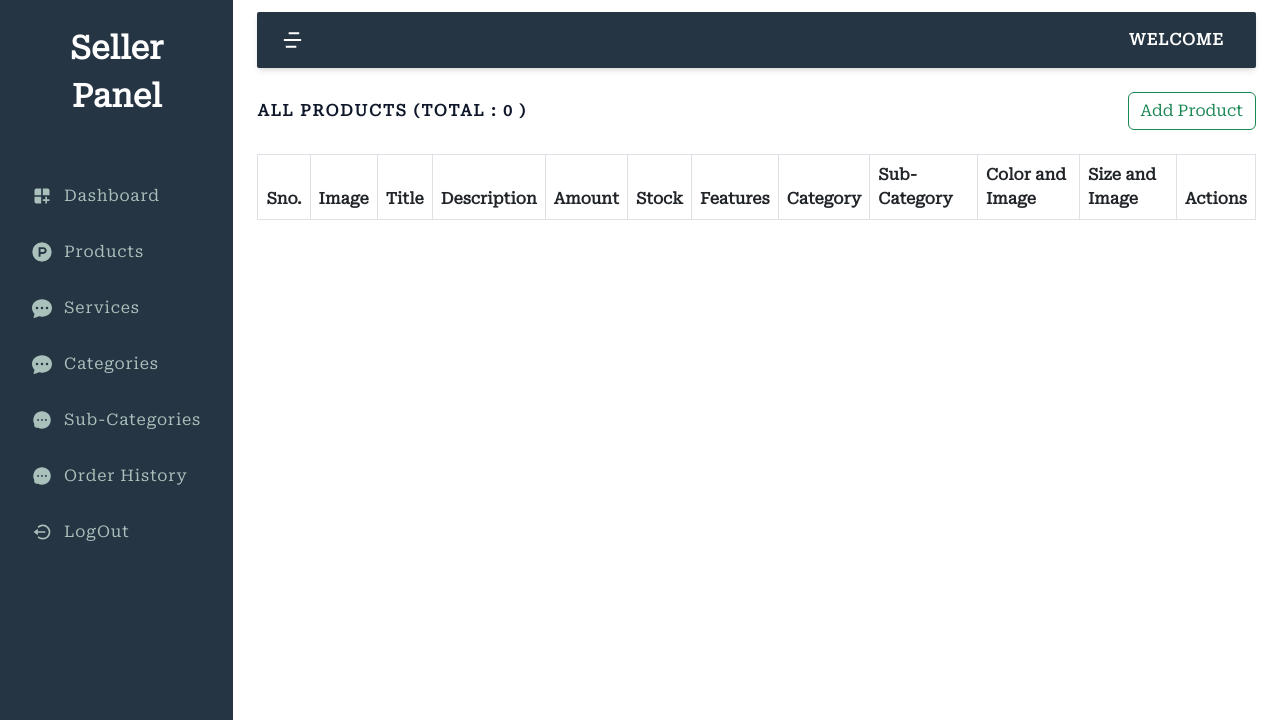
Repository: FlyweisReact/Arun-Chauhan
Page: /vendor/products
The author's editor kept a copy of each file at every save. The page is drawn from the files as they stood at one save, then again after a run of saves.
The browser window is 1280 px wide. The pictures show the whole page.
The page's requests for data from a server got no answer. Some web libraries are served in a nearby version. The project was rebuilt for these pictures with package versions that can differ from the ones it lists, and the page was loaded fresh each time. No one was signed in, and anything a server would have sent is missing. Also part of the build but not shown: src/AdminPanel/layout/Navbar.jsx, src/AdminPanel/layout/Sidebar.jsx, src/AdminPanel/layout/HOC.jsx, src/AdminPanel/pages/Privacy.js, src/AdminPanel/pages/Category.js, src/AdminPanel/pages/FeedBack.js, src/AdminPanel/pages/TermsCon.js, src/AdminPanel/pages/HelpSupport.js and 24 more.

Above is the page before, as saved 2023-04-14 17:51:10.

### public/index.html
<!-- @format -->

<!DOCTYPE html>
<html lang="en">
  <head>
    <meta charset="utf-8" />
    <!-- <link rel="icon" href="%PUBLIC_URL%/favicon.png" /> -->
    <meta name="viewport" content="width=device-width, initial-scale=1" />
    <meta name="theme-color" content="#000000" />
    <meta
      name="description"
      content="Web site created using create-react-app"
    />
    <link rel="apple-touch-icon" href="%PUBLIC_URL%/favicon.ico?v=2" />



    <link rel="manifest" href="%PUBLIC_URL%/manifest.json" />
    <link rel="preconnect" href="https://fonts.googleapis.com">
    <link rel="preconnect" href="https://fonts.gstatic.com" crossorigin>
    <link href="https://fonts.googleapis.com/css2?family=Roboto+Serif&display=swap" rel="stylesheet">
    <title>Arun   Panel</title>
  </head>
  <body>
    <noscript>You need to enable JavaScript to run this app.</noscript>
    <div id="root"></div>
    <script src="https://code.jquery.com/jquery-3.6.0.min.js"></script>
    <script src="https://kit.fontawesome.com/b533b351e4.js" crossorigin="anonymous"></script>
  </body>
</html>

### src/index.css
/** @format */

@tailwind base;
@tailwind components;
@tailwind utilities;




body {
  margin: 0;
  font-family: 'Roboto Serif', serif  !important;
  -webkit-font-smoothing: antialiased;
  -moz-osx-font-smoothing: grayscale;
}

/* Wcomponents */
.wcomp::-webkit-scrollbar {
  width: 0px;
}
::-webkit-scrollbar {
  width: 0px;
}
::-webkit-scrollbar-track {
  background: #696f78;
}
/* Handle */
::-webkit-scrollbar-thumb {
  background: #b4b8bf;
}

.main-card--container {
  display: grid;
  grid-template-columns: repeat(3, minmax(300px, 500px));
  grid-gap: 50px;
  justify-content: space-around;
}
.card-container {
  margin: 25px 0 auto;
  position: relative;
  display: grid;
  grid-template-columns: 1fr;
  justify-content: space-around;
  align-items: flex-start;
}

.img-thumbnail {
  width: 80px;
}
.img-large {
  max-width: 80%;
}

.formInput {
  padding: 5px;
}

.BannerImg{
  display: grid;
  grid-template-columns: auto auto auto;
  margin: 20px;
  justify-content: space-evenly;
  text-align: center;
}
.BannerImg div{
  box-shadow: rgba(0, 0, 0, 0.35) 0px 5px 15px;
  padding: 10px;

}
.BannerImg img{
  width: 400px;
  height: 200px;
}


li{
  list-style: disc;
}
.carouselImages{
  width: 200px !important;
  height: 140px;
}
.Car{
  width: 200px !important;
}
.ColorImage{
  width: 100px !important;
}
.three-Sec{
  display: grid;
  justify-content: space-evenly;
  grid-template-columns: auto auto auto;
  text-align: center;
  color: black;

}
.three-Sec div{
  box-shadow: rgba(0, 0, 0, 0.35) 0px 5px 15px;
  margin-top: 40px;
  padding : 10px;
  width: 400px;
}
.three-Sec img{
  width: 100%;
  height: 300px;
}
.three-Sec p{
  font-size: 20px;
  font-weight: bold;
  margin: 0;
}
.three-Sec button{
  border: 1px solid #B80000;
  background-color: #ffff;
  color: #B80000;
  width: 100%;
  padding: 3px;
  margin-top: 10px;
  font-size: 20px;
  transition: 0.5s;
}

.three-Sec button:hover{
  background-color: #B80000;
  color: #ffff;
}
.bigCont{
  display: flex;
  gap: 10px;
}
.contP{
  border: 1px solid #2F308D;
  width: 48%;
  padding: 10px;
  color: #2F308D;
  transition: 0.5s;
  cursor: pointer;
}
.contP:hover {
  background-color: #2F308D;
  color: #fff;
}


.viewBtn{
  color: #014F75;
  border: 1px solid #014F75;
  outline: none;
  width: 50%;
  padding: 5px;
  font-size: 18px;
  transition: 0.5s;
}

.viewBtn:hover{

  background-color: #014F75;
  color: #fff;
}


.filterDate{
  color: black;
  display: flex;
  gap: 20px;
  margin-top: 20px;
  margin-bottom: 20px;
}

.filterDate input {
  border: 1px solid black;
  outline: none;
  padding: 5px;
}
.filterDate div{
  display: flex;
  gap: 10px;
  align-items:center ;
}
.filterDate div p{
  padding-top: 10px;
}

.filterDate button{
  color: #014F75;
  border: 1px solid #014F75;
  outline: none;
  width: 200px;
  font-size: 18px;
  transition: 0.5s;
}

.filterDate button:hover{
  background-color: #014F75;
  color: #fff;
}
.active{
  display: flex;
  gap: 20px;
margin-bottom: 20px;
}
.active button{
  border: 1px solid #659CCA;
  color: #659CCA;
  padding: 5px;
  width: 200px;
  transition: 0.5s;
  font-size: 20px;
}
.active button:hover{
  background-color: #659CCA;
  color: #fff;
}

.drop select{
  width: 100%;
  color:#fff;
  margin-bottom: 20px;
  border: 1px solid #659CCA;
  padding: 10px;
  outline: none;
  background-color: #659CCA;
}
.drop select option{
  background-color: #8FD1DF;
  border: 1px solid #8FD1DF;
}

.drop select option:hover{
  background-color: #8FD1DF  !important;
}

### src/VendorPanel/pages/VendorProducts.js
/** @format */

import React, { useCallback, useEffect, useState } from "react";
import HOC from "../layout/HOC";
import { Alert, Form, Table } from "react-bootstrap";
import Button from "react-bootstrap/Button";
import Modal from "react-bootstrap/Modal";

import { Carousel } from "react-responsive-carousel";
import "react-responsive-carousel/lib/styles/carousel.min.css";
import axios from "axios";
import { toast } from "react-toastify";

const VendorProducts = () => {
  const [modalShow, setModalShow] = React.useState(false);
  const [data, setData] = useState([]);
  const [categoryData, setCatedogryData] = useState([]);
  const [subCategoryData, setSubCategoryData] = useState([]);
  const sellorId = localStorage.getItem("vendorId");

  const fetchData = useCallback(async () => {
    try {
      const { data } = await axios.get(
        `http://ec2-15-206-210-177.ap-south-1.compute.amazonaws.com:1112/api/product/seller/${sellorId}`
      );
      setData(data.data);
    } catch (e) {
      console.log(e);
    }
  }, [sellorId]);

  const fetchCategory = async () => {
    try {
      const { data } = await axios.get(
        "http://ec2-15-206-210-177.ap-south-1.compute.amazonaws.com:1112/api/category"
      );
      setCatedogryData(data.data);
    } catch (e) {
      console.log(e);
    }
  };

  const fetchSubCategory = async () => {
    try {
      const { data } = await axios.get(
        "http://ec2-15-206-210-177.ap-south-1.compute.amazonaws.com:1112/api/subcategory/"
      );
      setSubCategoryData(data.result);
    } catch (e) {
      console.log(e);
    }
  };

  useEffect(() => {
    fetchData();
    if (modalShow === true) {
      fetchCategory();
      fetchSubCategory();
    }
  }, [fetchData, modalShow]);

  function MyVerticallyCenteredModal(props) {
    const [Image, setImage] = useState("");
    const [title, setTitle] = useState("");
    const [desc, setDesc] = useState("");
    const [features, setFeatures] = useState("");
    const [amount, setAmoutn] = useState("");
    const [category, setCategory] = useState("");
    const [subCat, setSubCat] = useState("");
    const [stock, setStock] = useState("");

    const [color, setColor] = useState("");
    const [size, setSize] = useState("");
    const [sizeImage, setSizeImage] = useState("");
    const [colorImage, setColorImage] = useState("");

    const uploadColorImage = (e) => {
      const data = new FormData();
      data.append("file", e.target.files[0]);
      data.append("upload_preset", "ml_default");
      data.append("cloud_name", "dbcnha741");
      fetch("https://api.cloudinary.com/v1_1/dbcnha741/image/upload", {
        method: "post",
        body: data,
      })
        .then((res) => res.json())
        .then((data) => {
          setColorImage(data.url);
          console.log(data.url);
        })
        .catch((err) => {
          console.log(err);
        });
    };

    const uploadSizeImage = (e) => {
      const data = new FormData();
      data.append("file", e.target.files[0]);
      data.append("upload_preset", "ml_default");
      data.append("cloud_name", "dbcnha741");
      fetch("https://api.cloudinary.com/v1_1/dbcnha741/image/upload", {
        method: "post",
        body: data,
      })
        .then((res) => res.json())
        .then((data) => {
          setSizeImage(data.url);
          console.log(data.url);
        })
        .catch((err) => {
          console.log(err);
        });
    };

    const postHandler = async (e) => {
      e.preventDefault();
      let fd = new FormData();
      Array.from(Image).forEach((img) => {
        fd.append("myField", img);
      });
      fd.append("productName", title);
      fd.append("descrption", desc);
      fd.append("features", features);
      fd.append("price", amount);
      fd.append("category_id", category);
      fd.append("subCategory", subCat);
      fd.append("sellerId", sellorId);
      fd.append("stock", stock);

      fd.append("color", color);
      fd.append("size", size);
      fd.append("sizeImage", sizeImage);
      fd.append("colorImage", colorImage);

      try {
        const { data } = await axios.post(
          "http://ec2-15-206-210-177.ap-south-1.compute.amazonaws.com:1112/api/product",
          fd
        );
        console.log(data);
        toast.success("Product Added");
        fetchData();
        props.onHide();
      } catch (e) {
        console.log(e);
      }
    };

    return (
      <Modal
        {...props}
        size="lg"
        aria-labelledby="contained-modal-title-vcenter"
        centered
      >
        <Modal.Header closeButton>
          <Modal.Title id="contained-modal-title-vcenter">
            Add Product
          </Modal.Title>
        </Modal.Header>
        <Modal.Body>
          <Form onSubmit={postHandler}>
            <Form.Group className="mb-3">
              <Form.Label>Image</Form.Label>
              <Form.Control
                type="file"
                onChange={(e) => setImage(e.target.files)}
                multiple
              />
            </Form.Group>
            <Form.Group className="mb-3">
              <Form.Label>Title</Form.Label>
              <Form.Control
                type="text"
                onChange={(e) => setTitle(e.target.value)}
              />
            </Form.Group>
            <Form.Group className="mb-3">
              <Form.Label>Description</Form.Label>
              <Form.Control
                type="text"
                onChange={(e) => setDesc(e.target.value)}
              />
            </Form.Group>
            <Form.Group className="mb-3">
              <Form.Label>Features</Form.Label>
              <Form.Control
                type="text"
                onChange={(e) => setFeatures(e.target.value)}
              />
            </Form.Group>
            <Form.Group className="mb-3">
              <Form.Label>Amount</Form.Label>
              <Form.Control
                type="number"
                min={0}
                onChange={(e) => setAmoutn(e.target.value)}
              />
            </Form.Group>
            <Form.Group className="mb-3">
              <Form.Label>Stock</Form.Label>
              <Form.Control
                type="number"
                min={0}
                onChange={(e) => setStock(e.target.value)}
              />
            </Form.Group>
            <div className="d-flex mb-3 gap-2">
              <Form.Group>
                <Form.Label>Color</Form.Label>
                <Form.Control
                  type="text"
                  onChange={(e) => setColor(e.target.value)}
                />
              </Form.Group>
              <Form.Group>
                <Form.Label>Image</Form.Label>
                <Form.Control
                  type="file"
                  onChange={(e) => uploadColorImage(e)}
                />
              </Form.Group>
            </div>
            <div className="d-flex mb-3 gap-2">
              <Form.Group>
                <Form.Label>Size</Form.Label>
                <Form.Control
                  type="text"
                  onChange={(e) => setSize(e.target.value)}
                />
              </Form.Group>
              <Form.Group>
                <Form.Label>Image</Form.Label>
                <Form.Control
                  type="file"
                  onChange={(e) => uploadSizeImage(e)}
                />
              </Form.Group>
            </div>
            <Form.Group className="mb-3">
              <Form.Select
                aria-label="Default select example"
                onChange={(e) => setCategory(e.target.value)}
              >
                <option>Select Category</option>
                {categoryData?.map((i, index) => (
                  <option value={i._id} key={index}>
                    {i.category}
                  </option>
                ))}
              </Form.Select>
            </Form.Group>
            <Form.Group className="mb-3">
              <Form.Select
                aria-label="Default select example"
                onChange={(e) => setSubCat(e.target.value)}
              >
                <option>Select Sub-Category</option>
                {subCategoryData?.map((i, index) => (
                  <option value={i._id} key={index}>
                    {i.title}
                  </option>
                ))}
              </Form.Select>
            </Form.Group>
            <Button type="submit">Submit</Button>
          </Form>
        </Modal.Body>
      </Modal>
    );
  }

  const deleteHandler = async (id) => {
    try {
      const { data } = await axios.delete(
        `http://ec2-15-206-210-177.ap-south-1.compute.amazonaws.com:1112/api/product/${id}`
      );
      console.log(data);
      toast.success("Product Deleted");
      fetchData();
    } catch (e) {
      console.log(e);
    }
  };

  return (
    <>
      <MyVerticallyCenteredModal
        show={modalShow}
        onHide={() => setModalShow(false)}
      />

      <section>
        <div className="pb-4 sticky top-0  w-full flex justify-between items-center bg-white">
          <span className="tracking-widest text-slate-900 font-semibold uppercase ">
            All Products (Total : {data?.length} )
          </span>
          <Button onClick={() => setModalShow(true)} variant="outline-success">
            Add Product
          </Button>
        </div>

        {data?.data === null ? (
          <Alert variant="info">No Product Listed Yet</Alert>
        ) : (
          ""
        )}

        <div style={{ maxWidth: "100%", overflow: "auto" }}>
          <Table striped bordered hover>
            <thead>
              <tr>
                <th> Sno. </th>
                <th> Image </th>
                <th> Title</th>
                <th>Description</th>
                <th>Amount</th>
                <th>Stock</th>
                <th>Features</th>
                <th>Category</th>
                <th>Sub-Category</th>
                <th>Color and Image</th>
                <th>Size and Image</th>
                <th>Actions</th>
              </tr>
            </thead>
            <tbody>
              {data?.map((i, index) => (
                <tr key={index}>
                  <td> {index + 1} </td>
                  <td>
                    <Carousel
                      showStatus={false}
                      showThumbs={false}
                      showIndicators={false}
                      dynamicHeight={false}
                      stopOnHover={true}
                      swipeable={true}
                      emulateTouch={true}
                      interval={1000}
                      infiniteLoop={true}
                      autoPlay={true}
                      className="Car"
                    >
                      {i.productImg?.map((img, index) => (
                        <img
                          src={img.url}
                          alt=""
                          key={index}
                          className="carouselImages"
                        />
                      ))}
                    </Carousel>
                  </td>

                  <td> {i.productName} </td>
                  <td> {i.descrption} </td>
                  <td>₹{i.price} </td>
                  <td> {i.stock} </td>
                  <td>
                    {i.features?.map((item, index) => (
                      <span key={index}> {item}, </span>
                    ))}
                  </td>
                  <td>{i.category_id?.category}</td>
                  <td> {i.subCategory?.title} </td>
                  <td>
                    <Carousel
                      showStatus={false}
                      showThumbs={false}
                      showIndicators={false}
                      dynamicHeight={false}
                      stopOnHover={true}
                      swipeable={true}
                      emulateTouch={true}
                      interval={1000}
                      infiniteLoop={true}
                      autoPlay={true}
                      className="Car"
                    >
                      {i.colors?.map((img, index) => (
                        <div key={index}>
                          <img
                            src={img.colorImage}
                            alt="img"
                            className="ColorImage"
                          />
                          <p> {img.color} </p>
                        </div>
                      ))}
                    </Carousel>
                  </td>
                  <td>
                    <Carousel
                      showStatus={false}
                      showThumbs={false}
                      showIndicators={false}
                      dynamicHeight={false}
                      stopOnHover={true}
                      swipeable={true}
                      emulateTouch={true}
                      interval={2000}
                      infiniteLoop={true}
                      autoPlay={true}
                      className="Car"
                    >
                      {i.size_of_product?.map((img, index) => (
                        <div key={index}>
                          <img
                            src={img.sizeImage}
                            alt="img"
                            className="ColorImage"
                          />
                          <p> {img.size} </p>
                        </div>
                      ))}
                    </Carousel>
                  </td>

                  <td>
                    <div className="d-flex gap-2">
                      <i
                        className="fa-solid fa-trash"
                        style={{ color: "red", cursor: "pointer" }}
                        onClick={() => deleteHandler(i._id)}
                      ></i>
                    </div>
                  </td>
                </tr>
              ))}
            </tbody>
          </Table>
        </div>
      </section>
    </>
  );
};

export default HOC(VendorProducts);

### src/VendorPanel/layout/HOC.jsx
import React, { useState } from "react";
import Navbar from "./Navbar";
import Sidebar from "./Sidebar";

const HOC = (Wcomponenet) => {
  return function Component() {
    const [hamb, setHamb] = useState(false);
    return (
      <>
        <section className="flex overflow-x-hidden relative">
          {/* Sidebar */}
          <div
            className={
              hamb
                ? " absolute top-0 z-30 md:w-auto shadow-md bg-slate-200  w-60 transition-all md:-left-full left duration-150  h-auto overflow-y-auto  left-0 "
                : " md:w-72 z-30 bg-slate-200  shadow-md  md:static absolute top-0 -left-full   transition-all duration-150  overflow-y-auto h-auto"
            }
          >
            <Sidebar hamb={hamb} setHamb={setHamb} />
          </div>
          {/* Components & Navbar */}
          <div
            className={
              hamb
                ? " transition-all px-4 py-2  bg-white duration-150 w-full h-screen"
                : " w-full h-screen  px-4 py-2  bg-white z-50 transition-all duration-150 "
            }
          >
            <Navbar hamb={hamb} setHamb={setHamb} />
            <div className="my-6 text-white h-[87%] wcomp overflow-y-auto">
              <Wcomponenet />
            </div>
          </div>
        </section>
      </>
    );
  };
};

export default HOC;

### src/VendorPanel/layout/Navbar.jsx
/** @format */

import { RiMenu4Line } from "react-icons/ri";

const Navbar = ({ hamb, setHamb }) => {

  return (
    <>

      <div
        className={
          hamb
            ? "flex  w-full justify-between  my-1 rounded-sm  p-4 py-3 shadow-md items-center  bg-slate-200 space-x-4"
            : "flex  w-full justify-between my-1 rounded-sm  p-4 py-3 shadow-md items-center  bg-slate-200 space-x-4"
        }
        style={{   backgroundColor: "#263544", color : "#fff"}}
      >
        <RiMenu4Line
          onClick={() => setHamb(!hamb)}
          className="text-2xl font-bold text-#fff-900 hover:scale-90 cursor-pointer"
        />

        <section className="flex sm:ml-auto justify-end sm:w-full items-center space-x-2  pr-2">
          <figcaption className="tracking-wider pl-1 font-semibold">
            <div className="lg:text-base text-sm text-#fff-900  uppercase" >
              Welcome
            </div>
          </figcaption>
        </section>


      </div>
    </>
  );
};

export default Navbar;

### src/VendorPanel/layout/Sidebar.jsx
/** @format */

import React from "react";
import { RiCloseLine } from "react-icons/ri";
import { Link, useNavigate } from "react-router-dom";
import { BiLogOutCircle  } from "react-icons/bi";
import { MdDashboardCustomize } from "react-icons/md";
import { BsFillChatDotsFill } from "react-icons/bs";
import { AiFillMessage } from "react-icons/ai";
import {FaProductHunt } from 'react-icons/fa'


const Sidebar = ({ hamb, setHamb }) => {
  const navigate = useNavigate();

  const nav = [
    {
      icon: <MdDashboardCustomize className="text-xl mr-3 rounded-full " />,
      link: "/vendor/dashboard",
      name: "Dashboard",
    },
    {
      icon: <FaProductHunt className="text-xl mr-3 rounded-full " />,
      link: "/vendor/products",
      name: "Products",
    },
    {
      icon: <BsFillChatDotsFill className="text-xl mr-3" />,
      link: "/vendor/service",
      name: "Services",
    },
    {
      icon: <BsFillChatDotsFill className="text-xl mr-3" />,
      link: "/vendor/category",
      name: "Categories",
    },

    {
      icon: <AiFillMessage className="text-xl mr-3 rounded-full " />,
      link: "/vendor/sub-category",
      name: "Sub-Categories",
    },
    {
      icon: <AiFillMessage className="text-xl mr-3 rounded-full " />,
      link: "/vendor/order-history",
      name: "Order History",
    },
  ];

  const logOut = () => {
 localStorage.clear()
  navigate("/vendor/login");
  };

  return (
    <>
      <div className="p-4 h-auto"   style={{
          backgroundColor: "#263544",
          minHeight : '100vh'
        }}>
        {/* Top */}
        <div className="w-full md:hidden relative  p-2 mb-4">
          <RiCloseLine
            onClick={() => setHamb(!hamb)}
            className="text-3xl  absolute top-2 sm:hover:rotate-[228deg] transition-transform font-bold right-2 sm:hover:text-[22px] text-[rgb(241,146,46)] cursor-pointer"
          />
        </div>
        {/* Logo */}
        <figure className="flex  flex-col items-center">
        <span
            className="font-bold text-[rgb(241,146,46)]"
            style={{ fontSize: "2rem", textAlign: "center", color: "#fff" }}
          >
            Seller Panel
          </span>
        </figure>
        {/* Nav-menu */}
        <nav className="py-6">
          {nav.map((nav) => {
            return (
              <Link to={nav.link} key={nav.name} className="" style={{textDecoration : 'none'}}>
                <span className="flex my-3 items-center cursor-pointer    tracking-wider p-2 rounded-sm"  style={{ color: "#aac0bb"  , textDecoration : 'none'}}>
                  {nav.icon} {nav.name}
                </span>
              </Link>
            );
          })}
          <span
            className="flex my-3 items-center cursor-pointer   tracking-wider p-2 rounded-sm"
            onClick={() => logOut()}
            style={{ color: "#aac0bb" }}
          >
            <BiLogOutCircle className="text-xl mr-3 rounded-full " /> LogOut
          </span>
        </nav>
      </div>
    </>
  );
};

export default Sidebar;

Loaded but not shown: tailwind.config.js (common file); src/App.js (81 lines, source omitted); src/index.js (15 lines, source omitted)

After the next 3 saves:
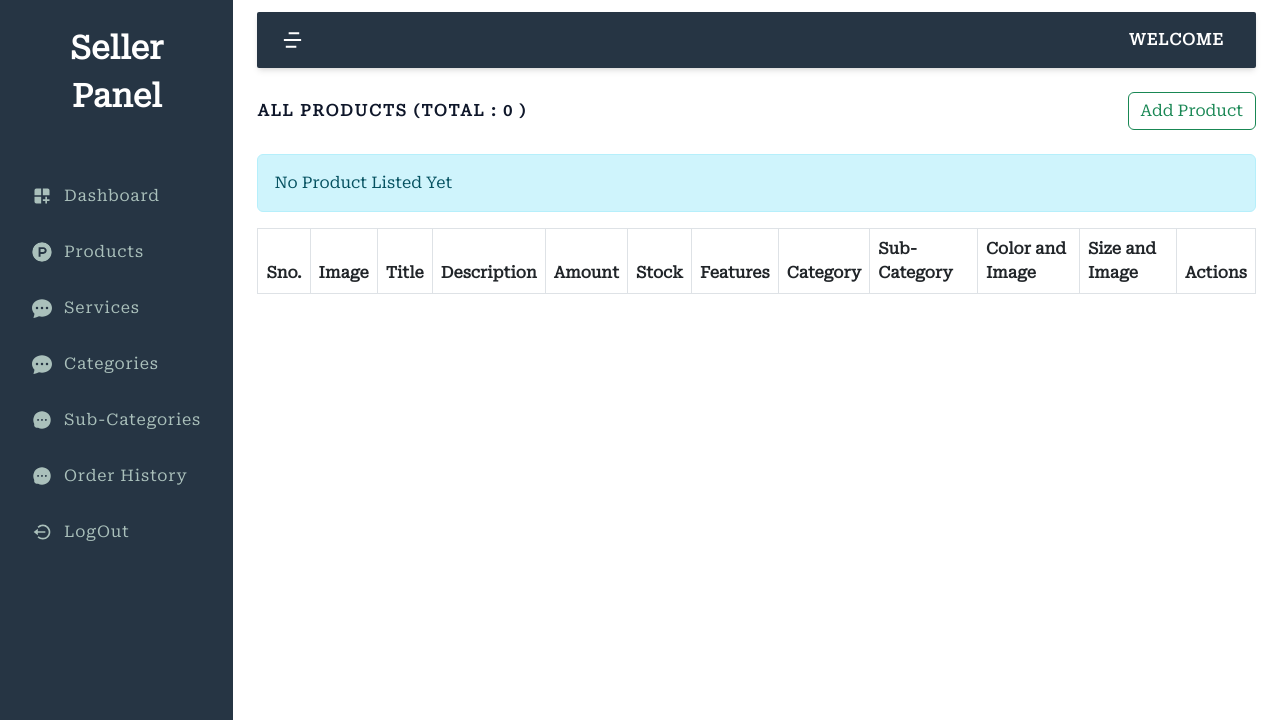
The 3 saves are shown as one change because 1 did not build or start and some came seconds apart.
The last was saved 18 s later.
--- a/src/VendorPanel/pages/VendorProducts.js
+++ b/src/VendorPanel/pages/VendorProducts.js
@@ -303,7 +303,7 @@ const VendorProducts = () => {
         {data?.data === null ? (
           <Alert variant="info">No Product Listed Yet</Alert>
         ) : (
-          ""
+          <Alert variant="info">No Product Listed Yet</Alert>
         )}
 
         <div style={{ maxWidth: "100%", overflow: "auto" }}>
